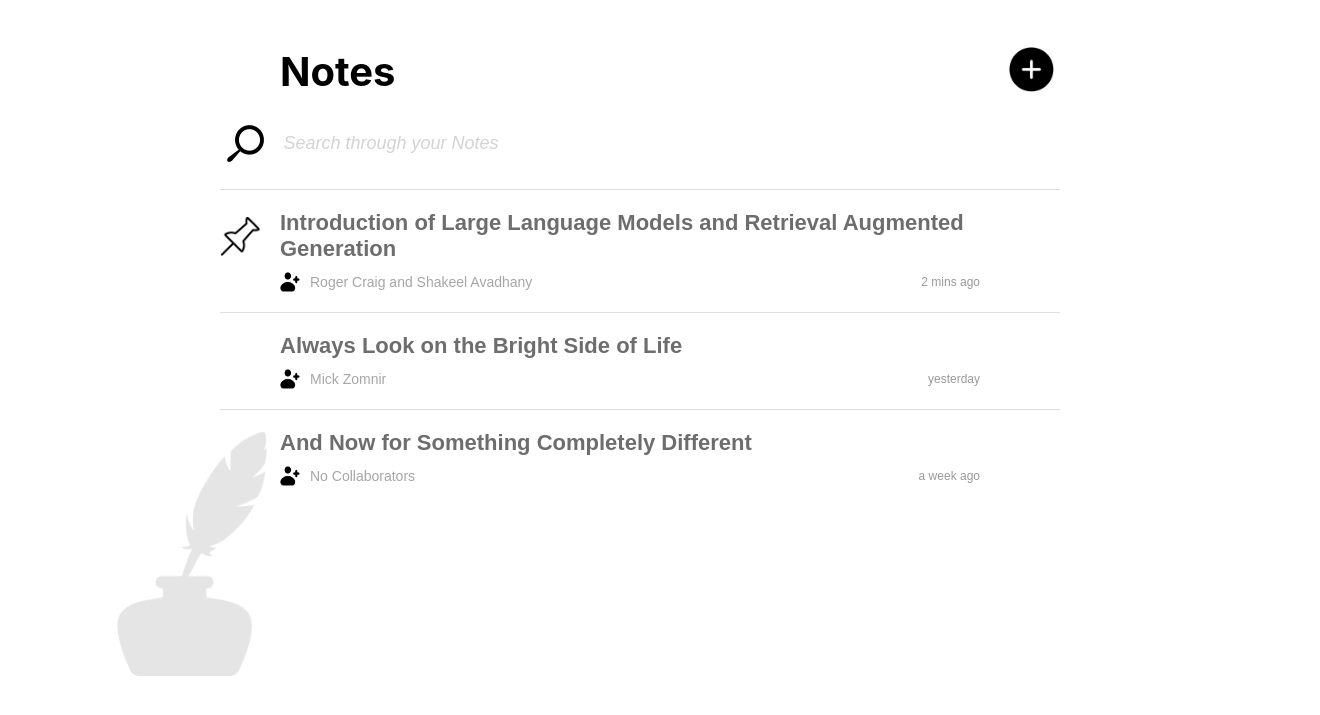
Repository: shabiasaeed/Notes-app
Page: /
The author's editor kept a copy of each file at every save. The page is drawn from the files as they stood at one save, then again after the next save.
The browser window is 1280 px wide. The page is 1320 px wide, so the pictures cover 1320 px, including what lies to the right of the window. The pictures show the whole page.
The project was rebuilt for these pictures with package versions that can differ from the ones it lists, and the page was loaded fresh each time.

Above is the page before, as saved 2024-12-26 00:08:31.

### src/App.js
import React, { useState } from 'react';
import Header from './components/Header';
import Note from './components/Note';
import './App.css';
import backgroundInk from './assets/ink-background-element.png';

//Component to handle the rendering of the header and note compnents
function App() {
  // Displaying few static notes
  const [notes, notesList] = useState([
    {
      title: "Introduction of Large Language Models and Retrieval Augmented Generation",
      author: "Roger Craig and Shakeel Avadhany",
      time: "2 mins ago",
      pinned: true
    },
    {
      title: "Always Look on the Bright Side of Life",
      author: "Mick Zomnir",
      time: "yesterday",
      pinned: false
    },
    {
      title: "And Now for Something Completely Different",
      author: "No Collaborators",
      time: "a week ago",
      pinned: false
    }
  ]);

  function handleDelete(title){
    notesList(notes.filter( note => note.title !== title))
  }

  return (
    <div className="App">
      <Header/>
      <main>
        <img src={backgroundInk} alt="Ink Element" className="ink-element"/>
        {notes.map((note, index) => (
          <Note key={index} title={note.title} author={note.author} time={note.time} pinned={note.pinned} onDelete={handleDelete}/> // Prop to use Note Componenet
        ))}
      </main>
    </div>
  );
}

export default App;

### src/components/Header.js
import React from 'react';
import './Header.css';
import searchIcon from '../assets/search-icon.png';
import addButton from '../assets/add-button.png';

// Component to handle the display of the application's header section
const Header = () => {
  return (
    <header className="header">
      <div className="header-top">
        <h1 className="title">Notes</h1>
        <button className="add-button">
          <img src={addButton} alt="Add"/>
        </button>
      </div>
      <div className="search-bar">
        <img src={searchIcon} alt="Search"/>
        <input type="text" placeholder="Search through your Notes" className="search-text"/>
      </div>
    </header>
  );
};

export default Header;

### src/components/Note.js
import React, { useState } from 'react';
import './Note.css';
import userIcon from '../assets/user-icon.png';
import pinIconDark from '../assets/pin-icon-dark.png';
import pinIconLight from '../assets/pin-icon-light.png';
import deleteIcon from '../assets/delete-icon.png';

//Component to handle the display of the note's section
const Note = ({ title, author, time, pinned, onDelete}) => {
  const [isHovered, setIsHovered] = useState(false); //State for checking whether the note is hovered
  const pinIcon = pinned ? pinIconDark : (isHovered ? pinIconLight : ''); // Displaying the pin based on the check of whether the note is hovered and whether it is pinned

  return (
    <div className="note" onMouseEnter={() => setIsHovered(true)} onMouseLeave={() => setIsHovered(false)}>
      <div className={`note-header ${pinned ? '' : 'unpinned'}`}>
        {pinIcon && <img src={pinIcon} alt="Pin" className="pin-icon"/>}
        <h2>{title}</h2>
        {isHovered && (<img src={deleteIcon} className="delete-icon" onClick={() => onDelete(title)} alt="Delete" />)}
      </div>
      <div className="note-footer">
        <img src={userIcon} alt="User" className="user-icon"/>
        <p>{author}</p>
        <span>{time}</span>
      </div>
    </div>
  );
};

export default Note;

### src/App.css
main {
  padding: 5px;
  position: relative;
  display: flex;
  flex-direction: column;
  align-items: center;
  font-family: Arial, sans-serif;
}

/* Styling for background element */
.ink-element {
  position: fixed;
  top: 60%;
  left: 15%;
  transform: translateX(-50%);
  z-index: -1;
  width: 150px;
}

### src/components/Header.css
/* Styling for the header container */
.header {
    padding: 20px;
    background-color: #fff;
    width: 100%;
    display: flex;
    flex-direction: column;
    align-items: center;
}

.header-top {
    display: flex;
    align-items: center;
    justify-content: space-between;
    width: 100%;
    max-width: 800px;
}

.title {
    font-size: 40px;
    color: #000;
    padding-left: 20px;
}

/* Styling for the search feature */
.search-bar input::placeholder {
    color: #d3d3d3;
}

.search-bar {
    display: flex;
    align-items: center;
    width: 100%;
    justify-content: center;
}

.search-bar img {
    margin-right: 10px;
}

.search-bar input {
    border: none;
    outline: none;
    padding: 10px;
    font-size: 18px;
    font-style: italic;
    flex-grow: 1;
    max-width: 800px;
}

/* Styling for the add button */
.add-button {
    background: none;
    border: none;
    cursor: pointer;
}

.add-button img {
    width: 45px;
    height: 45px;
}

### src/components/Note.css
/* Styling for notes */
.note {
    padding: 20px;
    border-top: 1px solid #ddd;
    position: relative;
    display: flex;
    flex-direction: column;
    width: 100%;
    max-width: 800px;
    margin: 0 auto;
}

.note-header {
    display: flex;
    align-items: center;
    padding-left: 30px;
}

.note-header h2 {
    margin: 0 0 0 10px;
    font-size: 22px;
    color: #6D6D6D;
}

.pin-icon {
    width: 40px;
    height: 40px;
    position: absolute;
    left: 0;
}

.note-footer {
    display: flex;
    align-items: center;
    margin-top: 10px;
    padding-left: 40px;
    position: relative;
}

.note-footer img {
    width: 20px;
    height: 20px;
    margin-right: 10px;
}

.note-footer p {
    margin: 0;
    font-size: 14px;
    color: #a6a6a6;
}

.note-footer span {
    margin-left: auto;
    font-size: 12px;
    color: #999;
    margin-right: 60px;
}

/* Styling for delete icon */
.delete-icon {
    width: 25px;
    height: 30px;
    cursor: pointer;
    position: absolute;
    right: 10px;
}

Loaded but not shown: public/index.html (common file); src/index.js (common file); src/index.css (common file); src/reportWebVitals.js (common file)

After the next save:
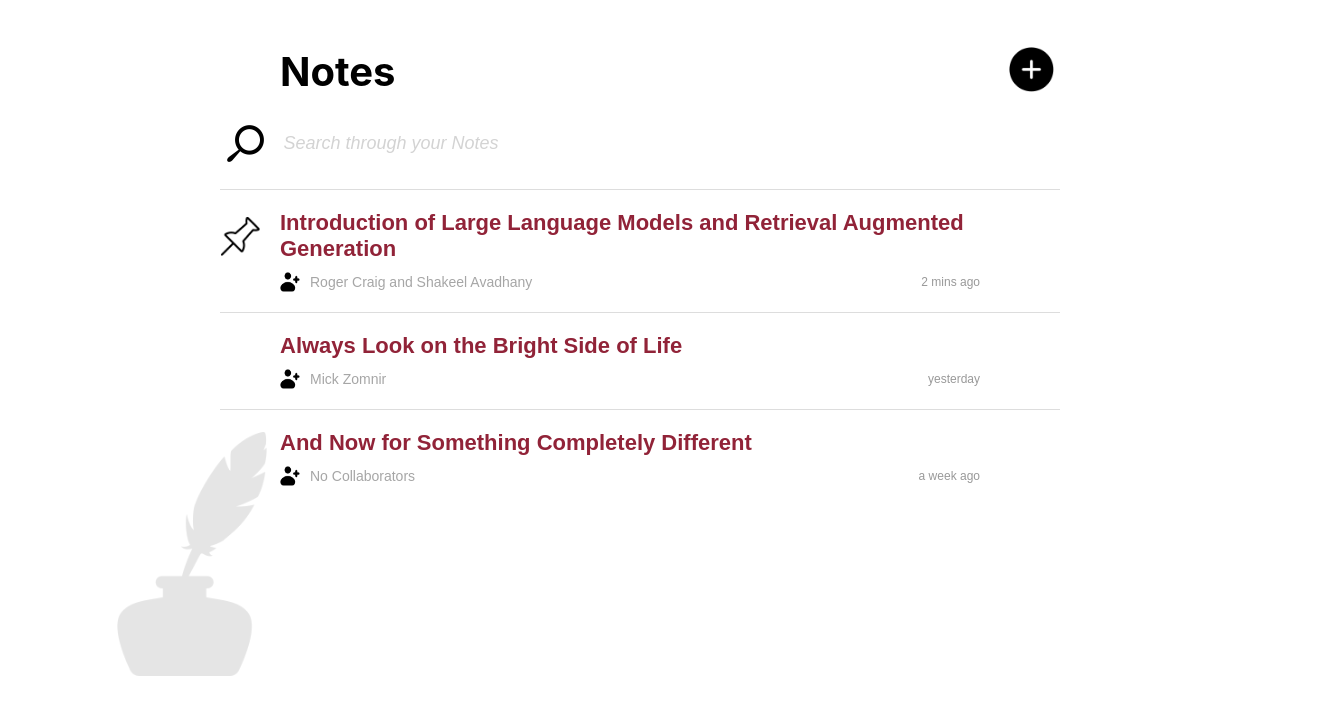
Saved 65 s later.
--- a/src/components/Note.css
+++ b/src/components/Note.css
@@ -19,7 +19,7 @@
 .note-header h2 {
     margin: 0 0 0 10px;
     font-size: 22px;
-    color: #6D6D6D;
+    color: #912338;
 }
 
 .pin-icon {
